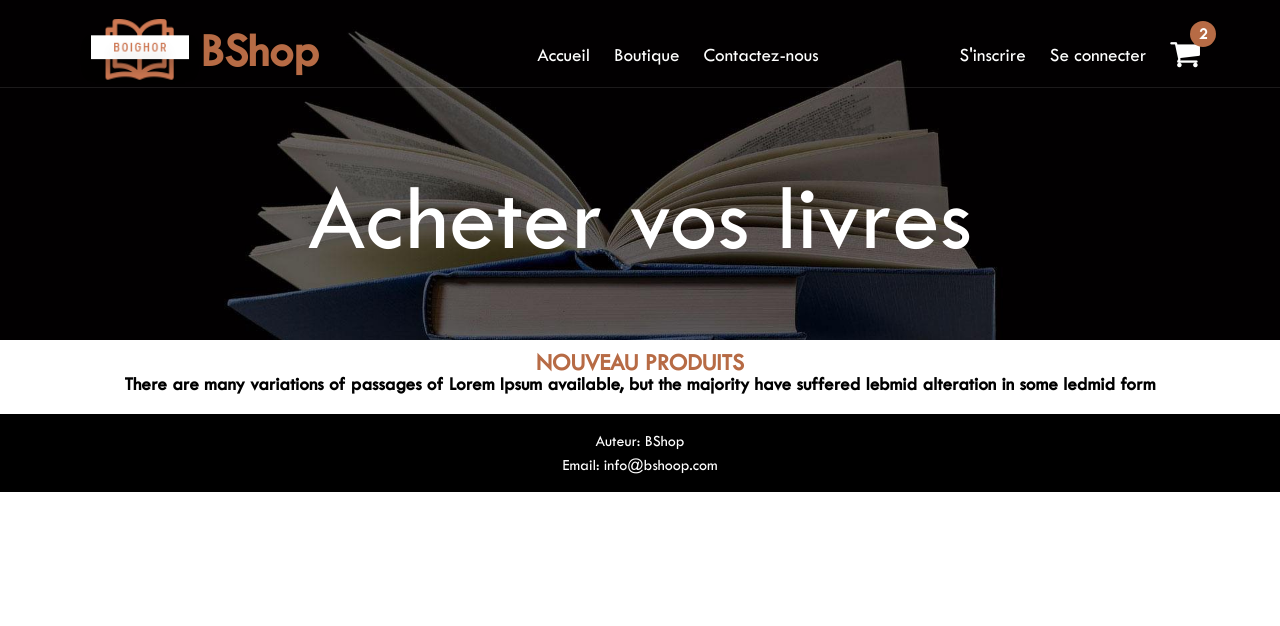
Repository: padevft/e-commerce-php
Page: http://localhost/
An editor plug-in stored every save of this project. The page is shown before and after the next save, followed by the edit.
The browser window is 1280 px wide. The pictures show the whole page.
The page is run by PHP 8.4 with error messages shown; the project is at /var/www/html/.

Above is the page before, as saved 2023-09-17 22:35:34.

### index.php
<!DOCTYPE html>
<html lang="en">

<head>
  <meta charset="UTF-8" />
  <meta name="viewport" content="width=device-width, initial-scale=1.0" />
  <title>Boutique en ligne</title>

  <link rel="stylesheet" href="client/css/styles.css">
  <link rel="stylesheet" href="client/utilitaires/bootstrap/css/bootstrap.min.css">
  <link rel="stylesheet" href="client/utilitaires/font-awesome-4.7.0/css/font-awesome.min.css">

</head>

<body>
  <div class="container-app">
    <?php
    require_once('server/includes/header.inc.php');
    ?>
    <main>
      <div class="d-flex align-items-center justify-content-center pt-5 container-intro">
        <span class="text-intro">
          Acheter vos livres
        </span>
      </div>
      <div class="container-products">
        <div class="d-flex flex-column align-items-center justify-content-center">
          <span class="text-intro-1"> NOUVEAU PRODUITS</span>
          <span class="text-intro-2">There are many variations of passages of Lorem Ipsum available, but the majority have suffered lebmid alteration in some ledmid form
          </span>
        </div>
      </div>
    </main>
    <?php
    require_once('server/includes/footer.inc.php');
    ?>
    <script src="client/utilitaires/Jquery/jquery-3.6.0.min.js"></script>
    <script src="client/utilitaires/bootstrap/js/bootstrap.min.js"></script>
</body>

</html>

### server/includes/header.inc.php
<header>
    <nav class="container-nav">
        <div class="row align-items-center">
            <div class="col-12 col-sm-4">
                <div class="d-flex flex-row align-items-center">
                    <a class="container-logo" href="./index.html">
                        <img src="client/images/logo.png" />
                    </a>
                    <span class="text-logo">BShop</span>
                </div>
            </div>
            <div class="col-md-4">
                <div class="container-menu mt-2">
                    <ul class="d-flex flex-row align-items-center justify-content-end gap-4 menu">
                        <li><a href="./index.html" class="menu-item">Accueil</a></li>
                        <li><a href="./index.html" class="menu-item">Boutique</a></li>
                        <li><a href="./index.html" class="menu-item">Contactez-nous</a></li>
                    </ul>
                </div>
            </div>
            <div class="col-6 col-md-4">
                <div class="d-flex align-items-center gap-4 justify-content-end mt-2">
                    <div class="container-menu">
                        <ul class="d-flex align-items-center gap-4 menu">
                            <li> <a href="./index.html" class="menu-item">S'inscrire</a></li>
                            <li> <a href="./index.html" class="menu-item">Se connecter</a></li>
                        </ul>

                    </div>
                    <div class="position-relative container-shopping-cart">
                        <span><i class="fa fa-shopping-cart shopping-cart"></i></span>
                        <span class="position-absolute number-product">2</span>
                    </div>
                </div>

            </div>

        </div>
    </nav>
</header>

### server/includes/footer.inc.php
<footer>
    <div class="container-footer">
        <span>Auteur: BShop</span>
        <span>Email: info@bshoop.com</span>
    </div>

</footer>

### client/css/styles.css
/* var text-decoration */
@font-face {
  font-family: myfont;
  src: url(../utilitaires/fonts/ufonts.com_tw-cen-mt.ttf);
}

:root {
  --color-primary: #b76b45;
  --color-white-1: #fff;
}

* {
  transition: all 0.5s ease;
}

body {
  font-family: myfont !important;
}
h1 {
  display: inline-flex;
  position: relative;
  cursor: pointer;
}

a {
  color: unset;
  outline: unset;
  text-decoration: none !important;
}

.container-app {
  background-image: url("../images/5.jpg");
  background-repeat: no-repeat;
  background-size: cover;
}
ul {
  list-style-type: none; /* Retire les puces */
}

/*

****************************
Header
****************************

*/

header {
  padding-top: 15px;
  padding-bottom: 10px;
}

header ul {
  margin: 0 !important;
}
.container-nav {
  padding: 0 5rem;
  border-bottom: 1px solid rgba(255, 255, 255, 0.1);
}
.container-logo {
  width: 120px;
  height: 65px;
}
.container-logo img {
  width: 100%;
  height: 100%;
}
.text-logo {
  font-size: 3rem;
  font-weight: bold;
  color: var(--color-primary);
}
.menu-item {
  display: inline;
  position: relative;
  color: var(--color-white-1);
  padding-bottom: 5px;
  font-size: 1.2rem;
}

.menu-item:hover {
  color: var(--color-primary);
}
.menu-item::before {
  content: "";
  position: absolute;
  bottom: 0;
  left: 0;
  background: var(--color-primary);
  height: 2.5px;
  opacity: 1;
  visibility: visible;
  width: 0;
  -webkit-transition: 0.4s all ease-out;
  -o-transition: 0.4s all ease-out;
  transition: 0.4s all ease-out;
}
.menu-item:hover:before {
  width: 100%;
}

.number-product {
  bottom: 25px;
  font-weight: bold;
  color: var(--color-white-1);
  font-size: 1rem;
  height: 26px;
  line-height: 17px;
  width: 26px;
  background: var(--color-primary) none repeat scroll 0 0;
  border-radius: 100px;
  display: flex;
  justify-content: center;
  align-items: center;
  left: 20px;
}

.shopping-cart {
  color: var(--color-white-1);
  font-size: 2rem !important;
}
.container-shopping-cart:hover .shopping-cart {
  color: var(--color-primary);
  cursor: pointer;
  transform: scale(0.8);
}
.container-shopping-cart:hover .number-product {
  transform: scale(1.7);
  color: var(--color-primary);
  background: var(--color-white-1) none repeat scroll 0 0;
}
.text-intro{
  font-size: 6rem;
  color: var(--color-white-1);
}



/*

****************************
Main
****************************

*/


.container-intro{
  padding: 50px 0;
}
.container-products {
  background-color: var(--color-white-1);
  padding:15px 50px;
}
.text-intro-1{
  color: var(--color-primary);
  font-size: 1.5rem;
  font-weight: 700;
  line-height: 15px;
}

.text-intro-2{
  color: #000;
  font-size: 1.2rem;
  font-weight: 700;
}




/*

****************************
footer
****************************

*/

footer {
  background-color: var(--color-white-1);
}
.container-footer{
  background-color: #000;
  display: flex;
  flex-direction: column;
  justify-content: center;
  align-items: center;
  padding: 15px 0;
}
.container-footer span {
  color: var(--color-white-1);
}

Loaded but not shown: client/utilitaires/bootstrap/css/bootstrap.min.css (library); client/utilitaires/font-awesome-4.7.0/css/font-awesome.min.css (library); client/utilitaires/Jquery/jquery-3.6.0.min.js (library); client/utilitaires/bootstrap/js/bootstrap.min.js (library)

After the next save:
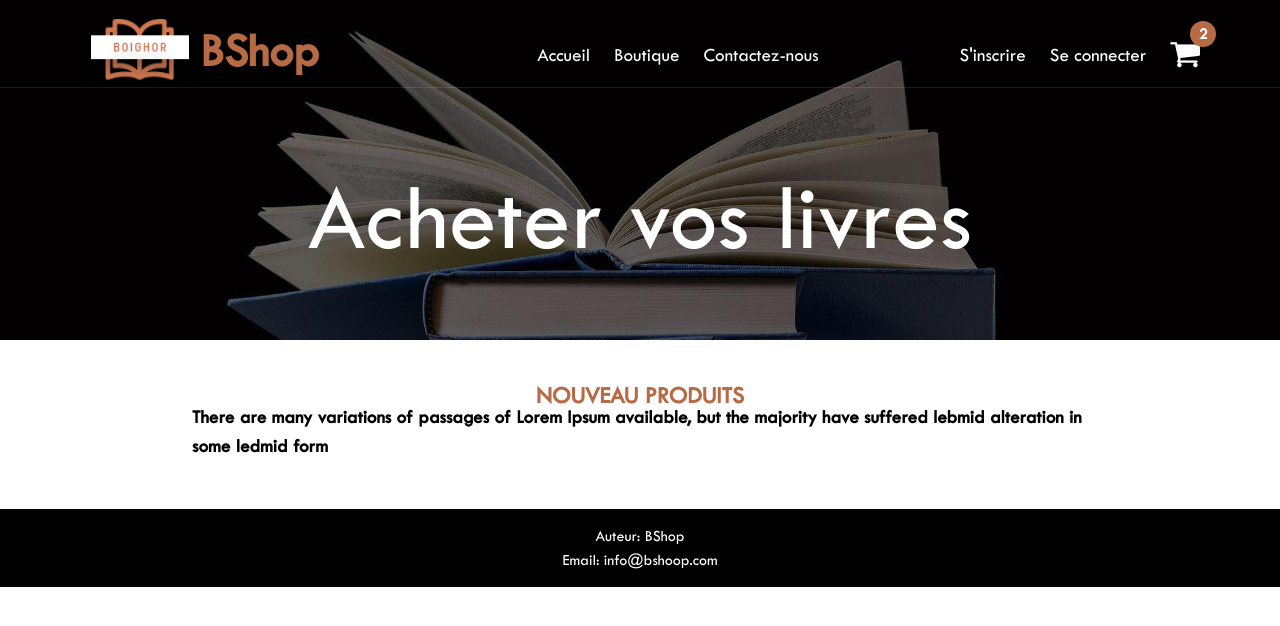
Saved 113 s later.
--- a/client/css/styles.css
+++ b/client/css/styles.css
@@ -150,7 +150,7 @@ Main
 }
 .container-products {
   background-color: var(--color-white-1);
-  padding:15px 50px;
+  padding:3rem 12rem;
 }
 .text-intro-1{
   color: var(--color-primary);
